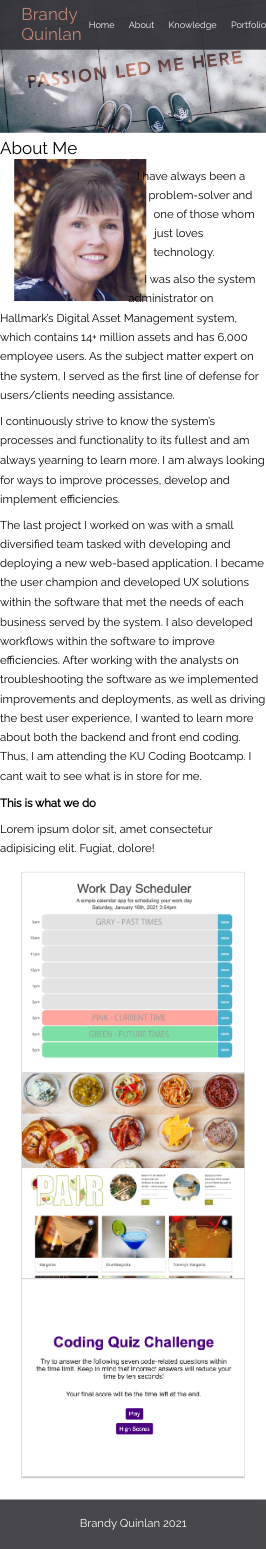
Repository: brandyquinlan/brandyquinlan
Page: index.html
These files come from the project's save history. The page is drawn as it stood at one moment and after the next save; the edit follows.
The browser window is 375 px wide. The pictures show the whole page, at 71% of full size.
Some web libraries are served in a nearby version.

Above is the page before, as saved 2021-02-05 21:18:12.

After the next save:
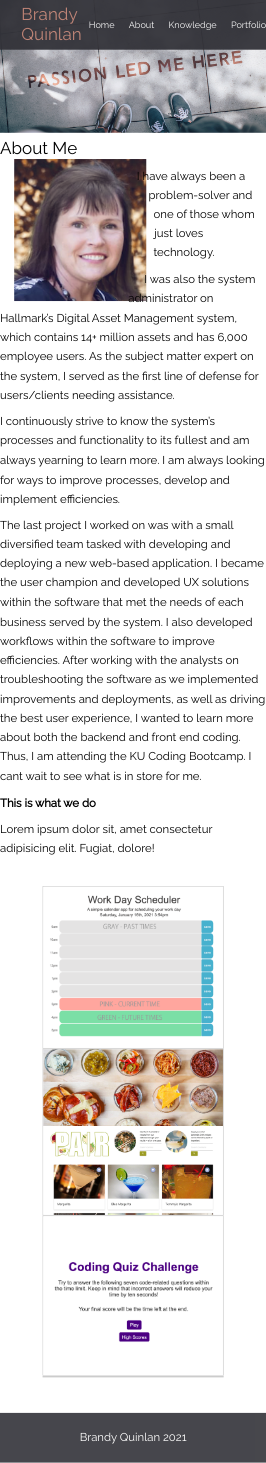
Saved 31 s later.
--- a/css/style.css
+++ b/css/style.css
@@ -294,7 +294,7 @@
             .projectsGallery {
                 display: flex;
                 display: block;
-                /* margin: auto; */
+                margin: 30px;
                 padding: 10px 30px 20px 30px;
                 /* flex-direction: column; */
                 /* justify-content: space-around; */

After the save that followed:
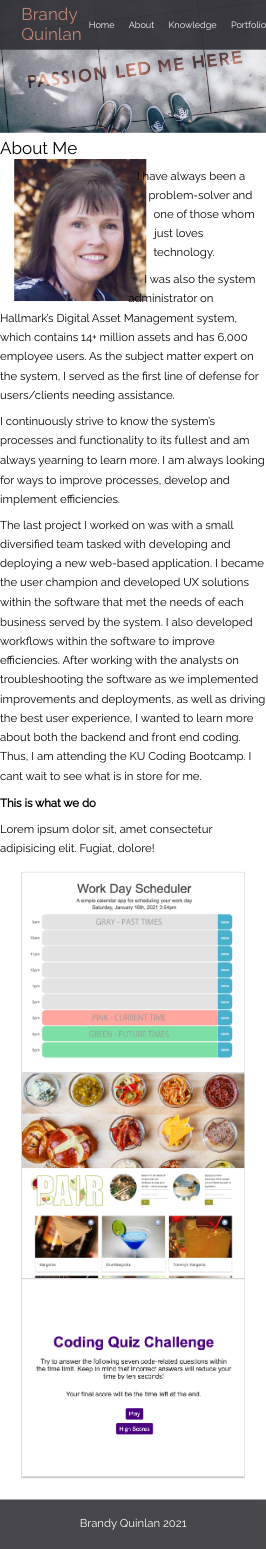
Saved 10 s later.
--- a/css/style.css
+++ b/css/style.css
@@ -294,7 +294,7 @@
             .projectsGallery {
                 display: flex;
                 display: block;
-                margin: 30px;
+                margin: auto;
                 padding: 10px 30px 20px 30px;
                 /* flex-direction: column; */
                 /* justify-content: space-around; */
